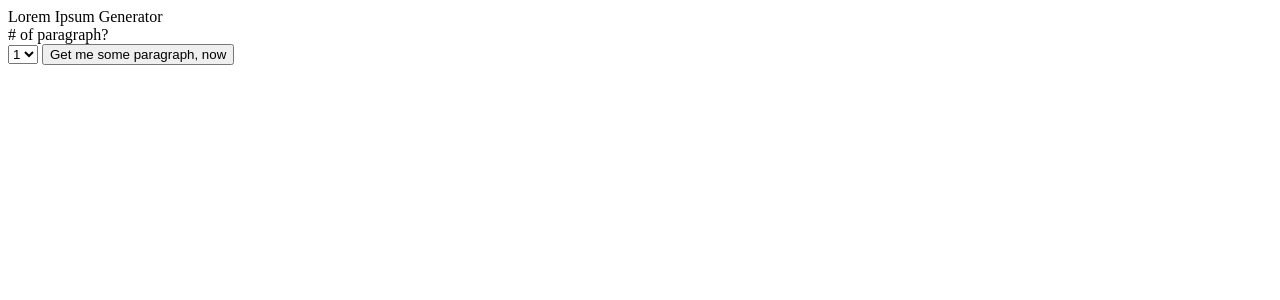
Repository: Lpanglb/COSW30
Page: Lab/Lab3/generator_form.html
The author's editor kept a record of every edit. The page is drawn from the files as they stood at one moment, then again after the next edit.
The browser window is 1280 px wide. The pictures show the whole page.

Above is the page before.

### Lab/Lab3/generator_form.html
<!DOCTYPE html>

<html>
    <head>
        <meta charset = "utf-8";
        <title> Lorem Ipsum Generator</title>
    </head>
    <body>

        <form action ="generator.php" method = "POST">

            <label for = "paragraph"># of paragraph?<br></label>
            <select id = "paragraph" name ="paragraph">
                <option value="1">1</option>
                <option value="2">2</option>
                <option value="3">3</option>
                <option value="4">4</option>
                <option value="5">5</option>
                <option value="6">6</option>

            </select>
            <button>Get me some paragraph, now</button>
        </form>

    </body>


</html>

After the next edit:
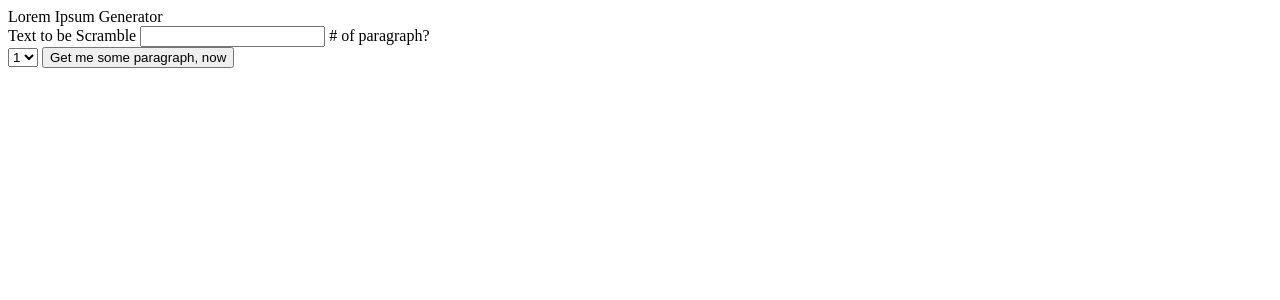
The edit:
--- a/Lab/Lab3/generator_form.html
+++ b/Lab/Lab3/generator_form.html
@@ -8,6 +8,8 @@
     <body>
 
         <form action ="generator.php" method = "POST">
+            <label for ="text">Text to be Scramble</label>
+            <input type = "text" id="text" name = "text">
 
             <label for = "paragraph"># of paragraph?<br></label>
             <select id = "paragraph" name ="paragraph">
